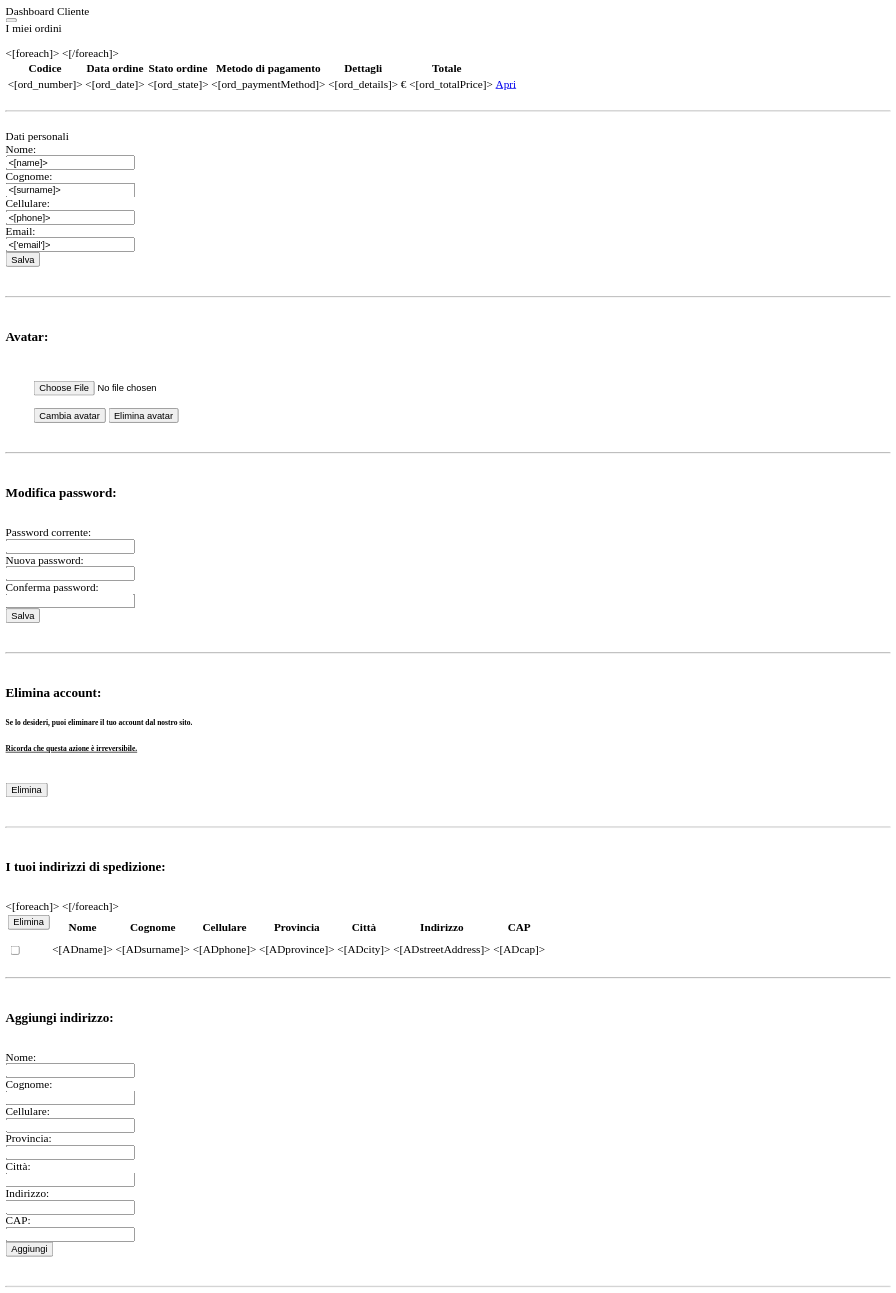
Repository: i4c0ni99/MotorShop
Page: skins/motor-html-package/motor/profile.html
The author's editor kept a copy of each file at every save. The page is drawn from the files as they stood at one save, then again after a run of saves.
The browser window is 1280 px wide. The pictures show the whole page, at 70% of full size.

Above is the page before, as saved 2024-09-29 16:09:43.

After the next 3 saves:
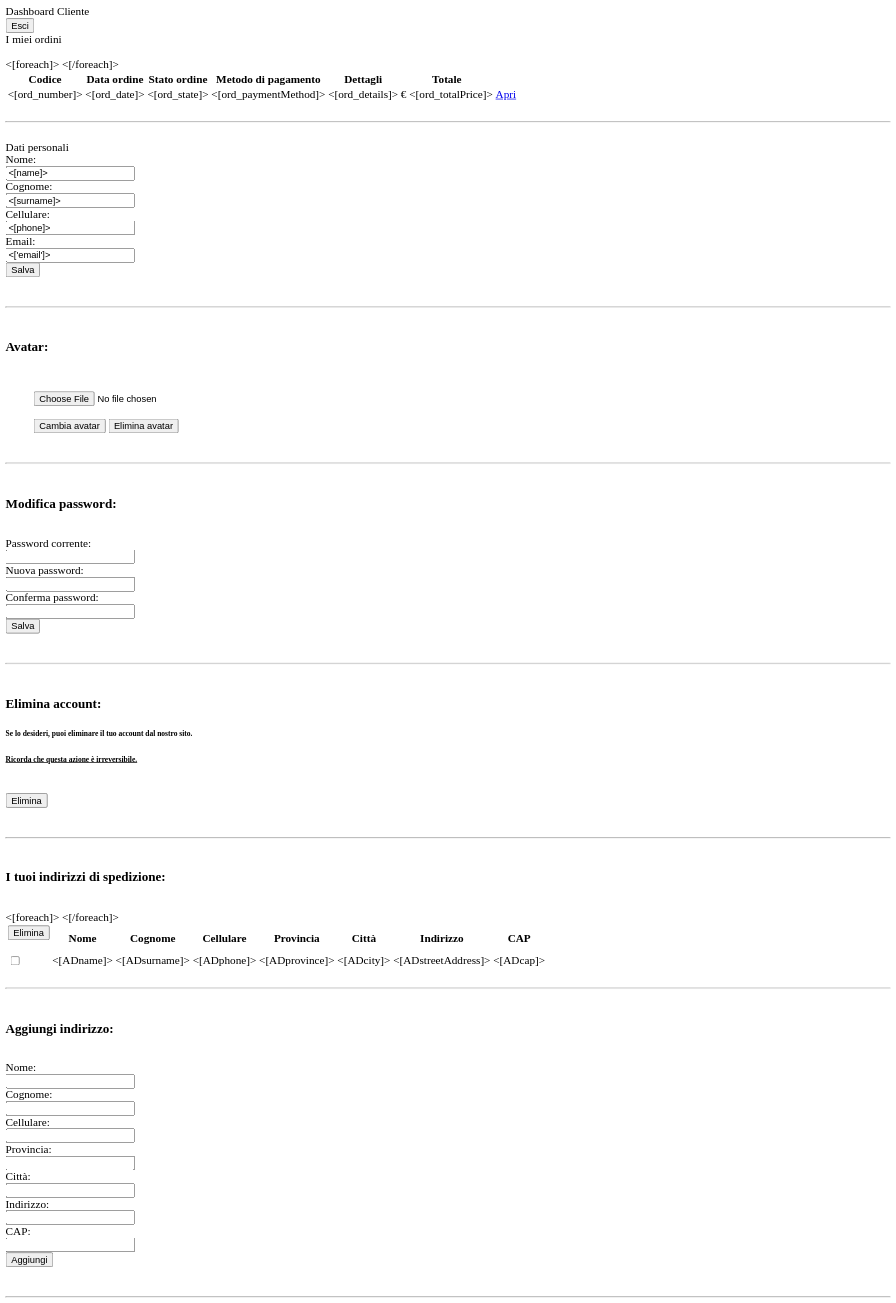
The 3 saves are shown as one change because they came seconds apart.
The last was saved 7 s later.
--- a/skins/motor-html-package/motor/profile.html
+++ b/skins/motor-html-package/motor/profile.html
@@ -13,7 +13,7 @@
     <section class="mv-main-body checkout-main mv-bg-gray mv-wrap">
         <div class="container">
 
-            <button class = .mv-btn-style-1.responsive-btn-1-type-5> </button>
+            <button class = .mv-btn-style-1.responsive-btn-1-type-5> Esci </button>
 
             <div class="checkout-block block-billing-address mv-mb-50">
                 <div class="mv-form-style-2 mv-box-shadow-gray-1">
